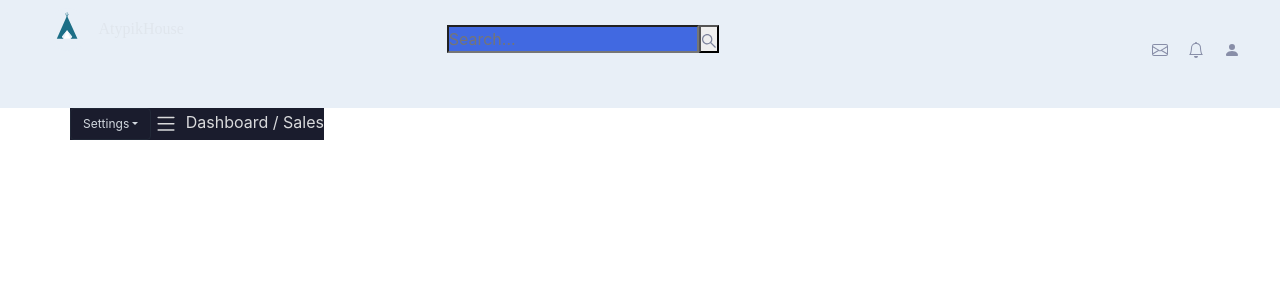
Repository: kifack/API-Symfony-AtypikHouse
Page: / (app in admin-frontend/)
These files come from the project's save history. The page is drawn as it stood at one moment and after the next save; the edit follows.
The browser window is 1280 px wide. The pictures show the whole page.
Some web libraries are served in a nearby version. The project was rebuilt for these pictures with package versions that can differ from the ones it lists, and the page was loaded fresh each time. Also part of the build but not shown: admin-frontend/src/css/Responsive.css, admin-frontend/src/css/admin/navbar.css, admin-frontend/src/components/template_parts/Header.js, admin-frontend/src/components/template_parts/Footer.js, admin-frontend/src/components/template_parts/Sidebar.js, admin-frontend/src/components/partials/LocationEntry.js, admin-frontend/src/components/template_parts/Spinner.js, admin-frontend/src/actions/location.js and 26 more.

Above is the page before, as saved 2020-10-01 17:45:42.

After the next save:
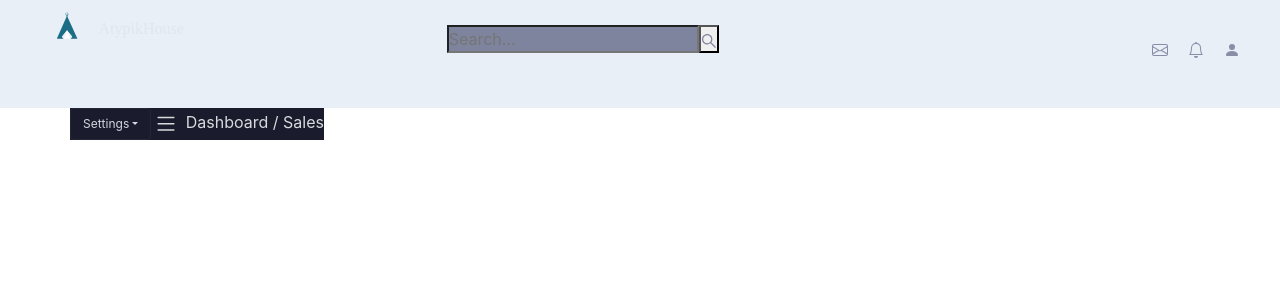
Saved 24 s later.
--- a/admin-frontend/src/css/App.css
+++ b/admin-frontend/src/css/App.css
@@ -185,5 +185,5 @@ header .container img {
 
 }
 input{
-  background-color:  royalblue;
+  background-color: #7e849d;
 }
